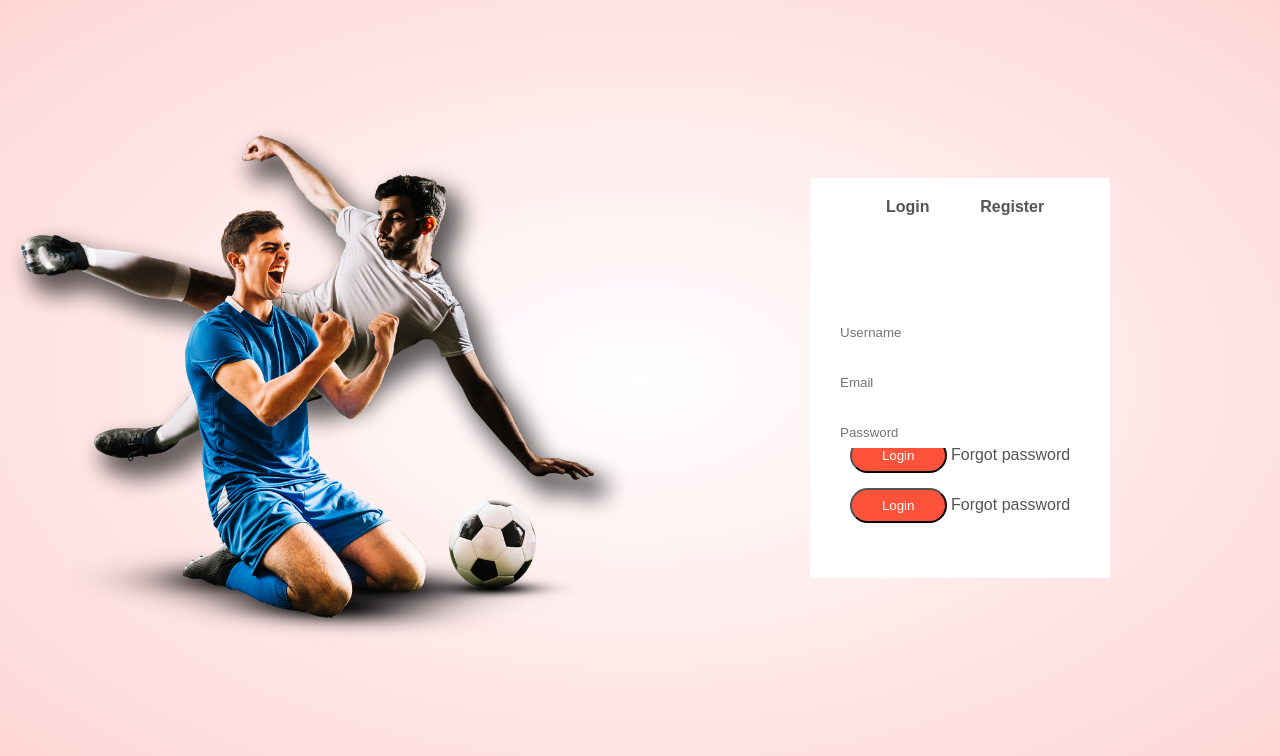
Repository: ritikalohia/tepid-frontend
Page: account.html
These files come from the project's save history. The page is drawn as it stood at one moment and after a run of saves; the edit follows.
The browser window is 1280 px wide. The pictures show the whole page.

Above is the page before, as saved 2021-06-09 12:30:13.

After the next 2 saves:
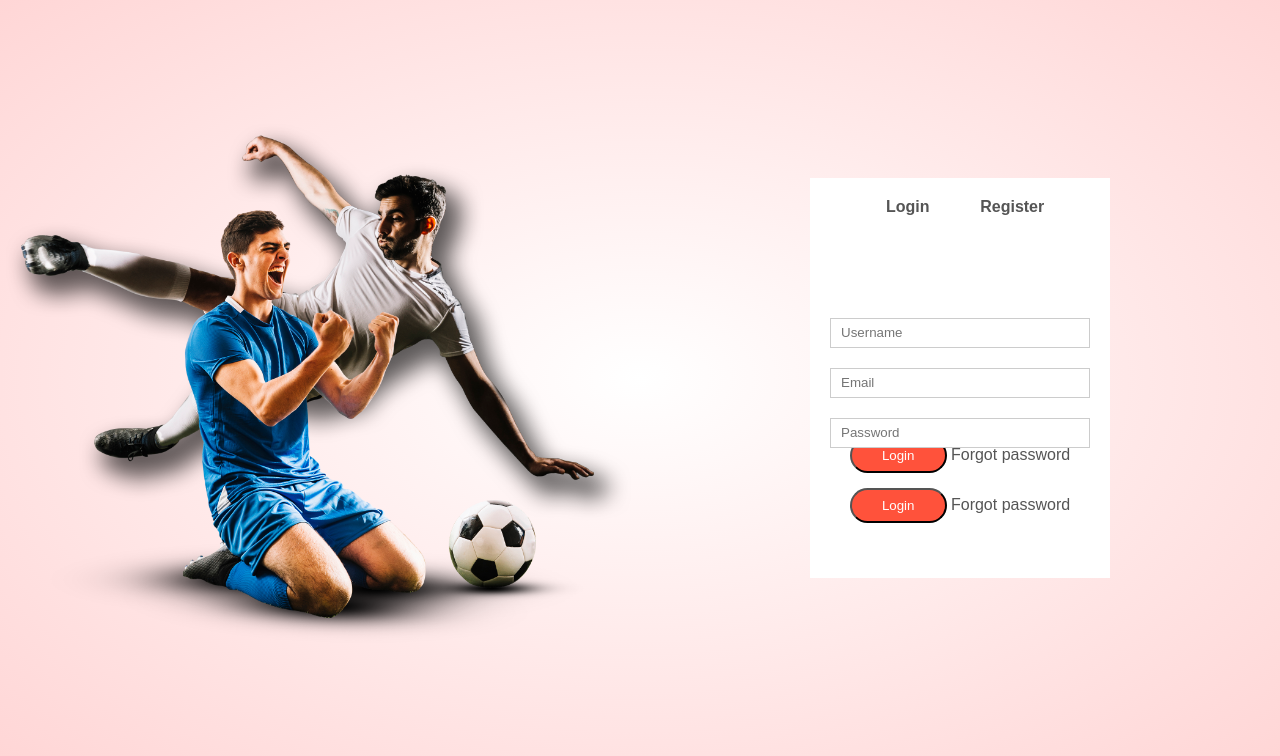
The 2 saves are shown as one change because they came seconds apart.
The last was saved 8 s later.
--- a/style.css
+++ b/style.css
@@ -569,5 +569,5 @@ form input{
     height: 30px;
     margin: 10px 0;
     padding: 0 10px;
-    border: 1px ;
-}
+    border: 1px solid #ccc;
+}
